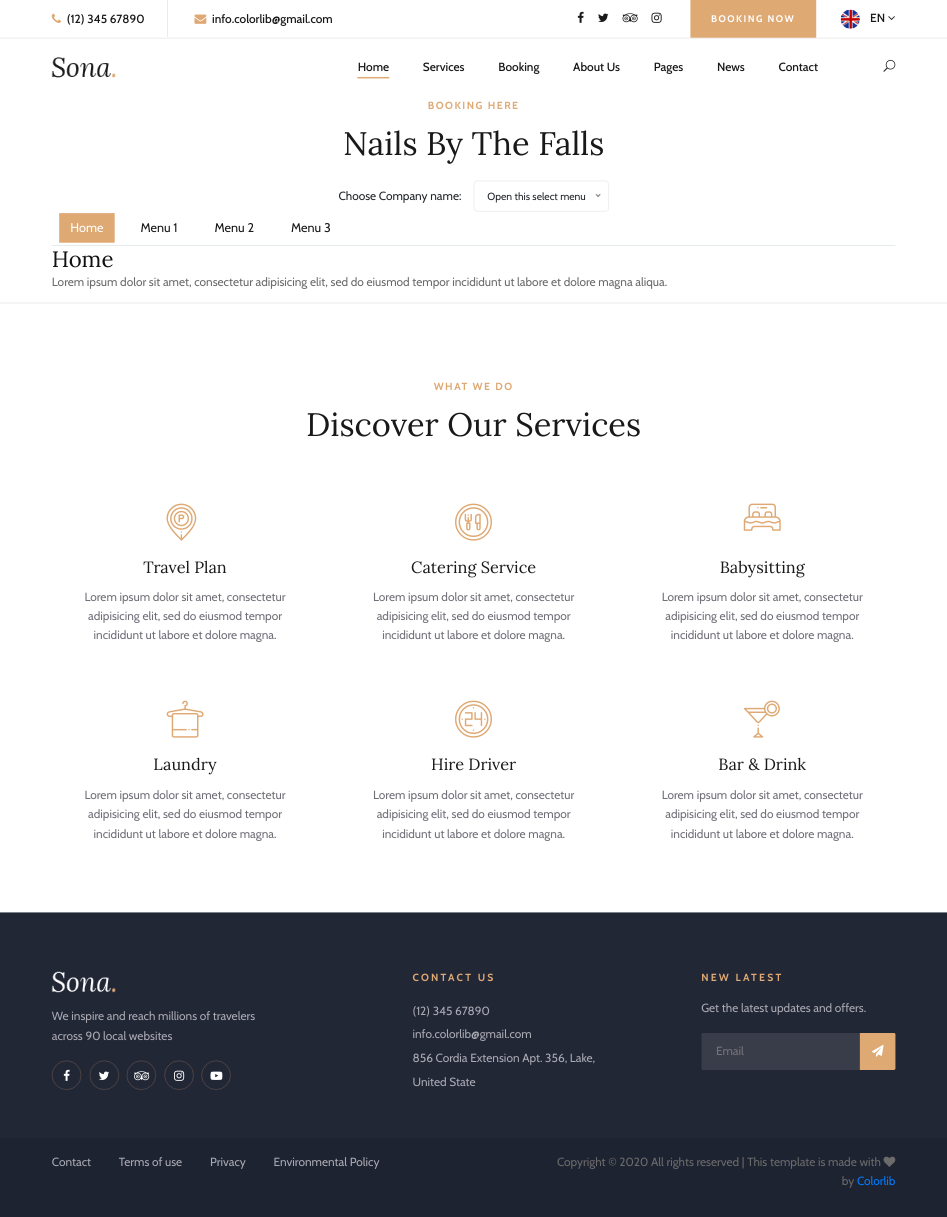
Repository: KeriBoss/Booking_Spa
Page: booking.html
An editor plug-in stored every save of this project. The page is shown before and after the next save, followed by the edit.
The browser window is 1280 px wide. The pictures show the whole page, at 74% of full size.

Above is the page before, as saved 2023-05-19 16:05:38.

After the next save:
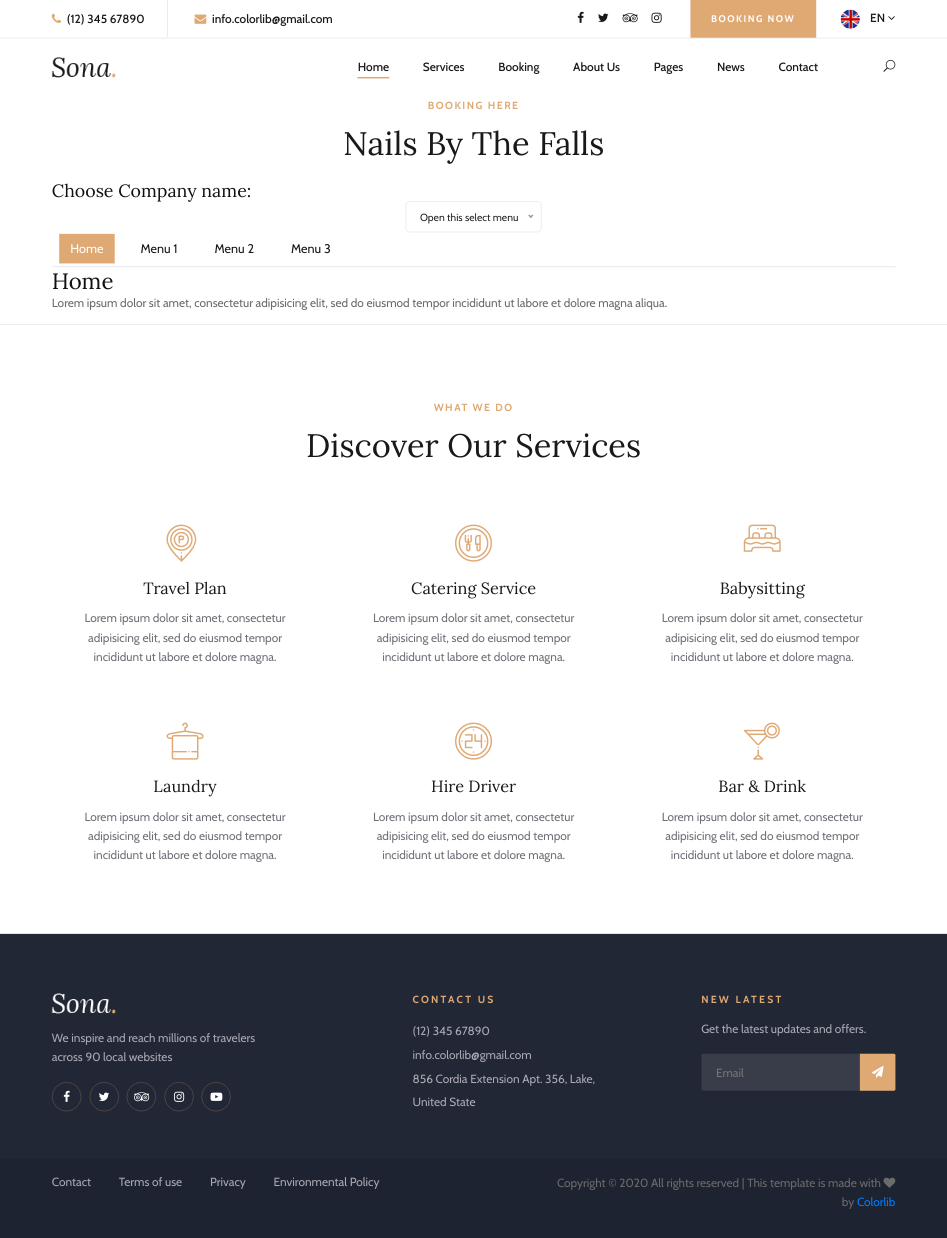
Saved 31 s later.
--- a/booking.html
+++ b/booking.html
@@ -177,8 +177,10 @@
                     </div>
                 </div>
                 <div class="col-lg-12">
+                    <h4>Choose Company name: </h4>
+                </div>
+                <div class="col-lg-12">
                     <div class="d-flex justify-content-center align-items-center flex-wrap">
-                        <label class="mb-0 mr-3">Choose Company name: </label><br>
                         <select class="form-select" aria-label="Default select example">
                             <option selected>Open this select menu</option>
                             <option value="1">One</option>
